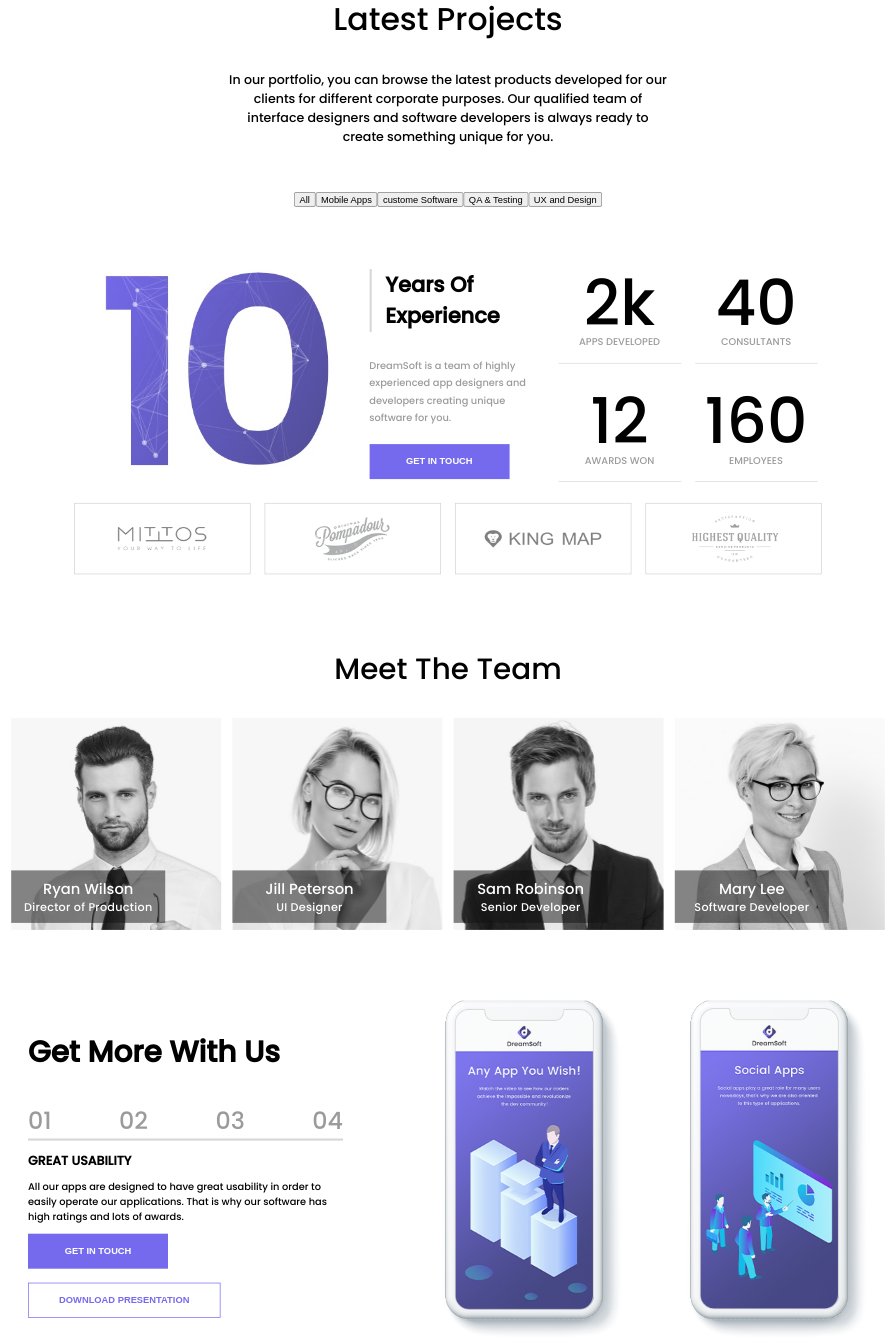
Repository: kkyler24/ladders-bootcamp-awesome
Page: index.html
These files come from the project's save history. The page is drawn as it stood at one moment and after the next save; the edit follows.
The browser window is 1280 px wide. The pictures show the part of the page from y = 1438 to 3358 px (the page is 6192 px tall before and 6142 px after), at 70% of full size.

Above is the page before, as saved 2021-03-20 10:02:01.

After the next save:
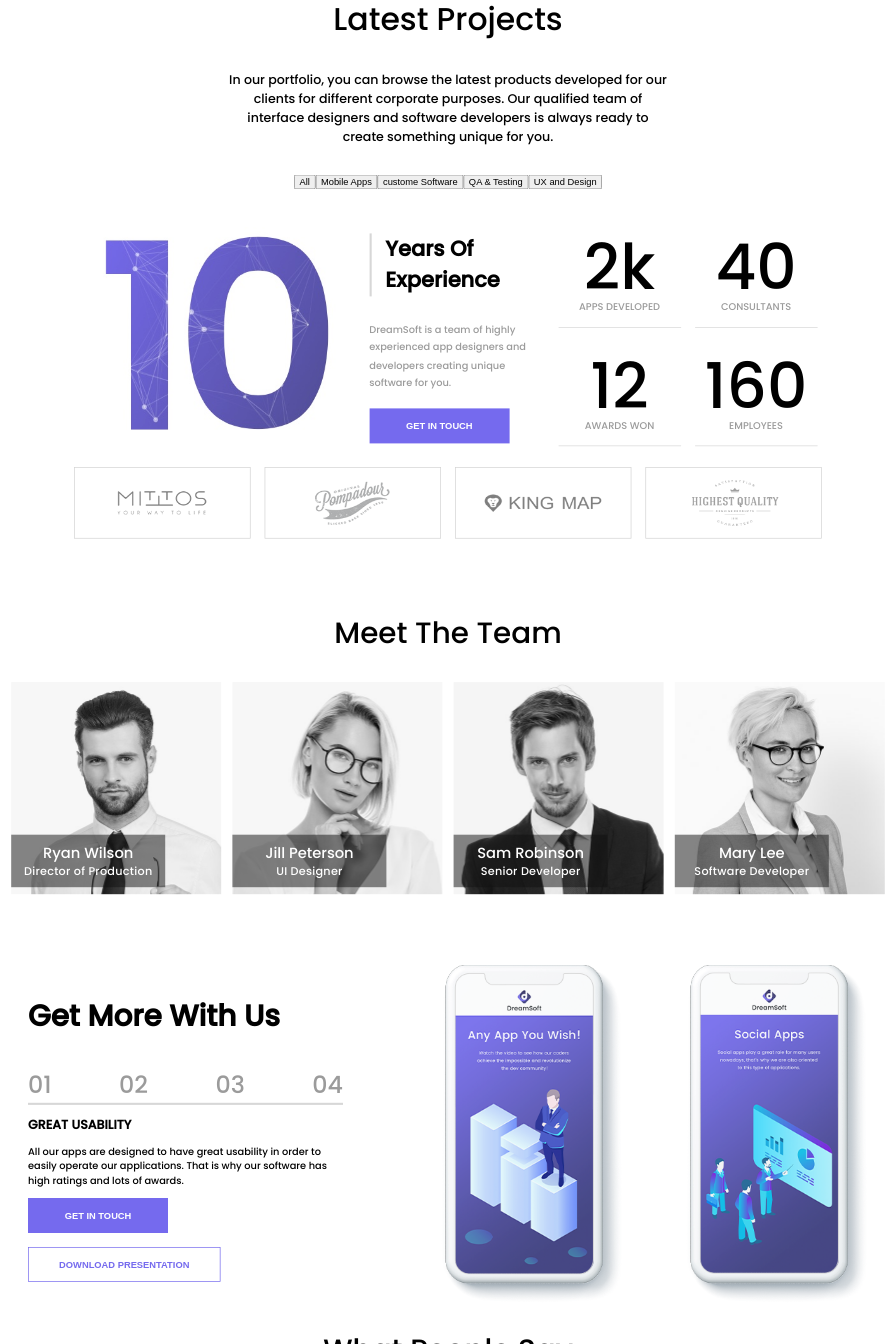
Saved 30 s later.
--- a/kstyle.css
+++ b/kstyle.css
@@ -108,7 +108,7 @@ ul.li.a {
 #latestRow{
 display: flex;
 justify-content: center;
-margin-top: 5%;
-margin-bottom: 5%;
+margin-top: 3%;
+margin-bottom: 3%;
 
 }
